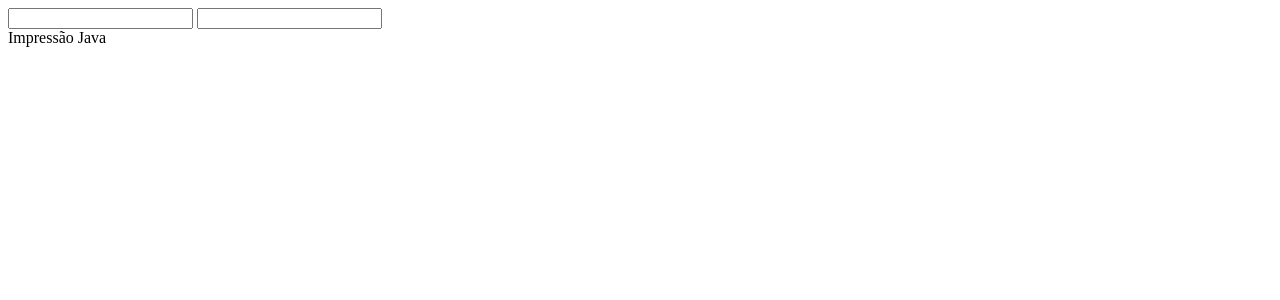
Repository: DaniloSanna/JavaEE
Page: http://localhost/Basic_HTML/
The author's editor kept a copy of each file at every save. The page is drawn from the files as they stood at one save, then again after the next save.
The browser window is 1280 px wide. The pictures show the whole page.
The page is served by Tomcat 10. Other server files are loaded and not shown.

Above is the page before, as saved 2021-12-06 14:42:17.

### Basic_HTML/src/main/webapp/index.jsp
<%@ page language="java" contentType="text/html; charset=ISO-8859-1"
	pageEncoding="ISO-8859-1"%>
<!DOCTYPE html>
<html>
<head>
<meta charset="ISO-8859-1">
<title>Basic Java HTML</title>
</head>
<body>
	<form action="receber-nome.jsp";>
		<input name="nome">
		<input idade="idade">
	</form>
	<%
	out.print("Impressão Java");
	%>
</body>
</html>

After the next save:
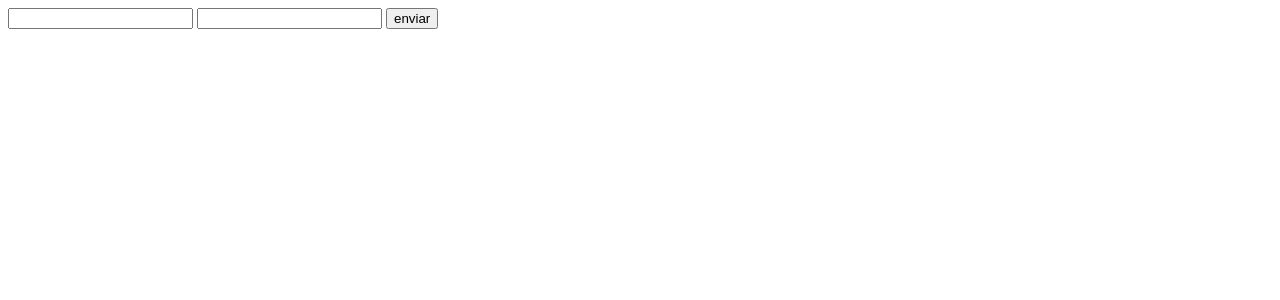
Saved 3 min 42 s later.
--- a/Basic_HTML/src/main/webapp/index.jsp
+++ b/Basic_HTML/src/main/webapp/index.jsp
@@ -10,9 +10,7 @@
 	<form action="receber-nome.jsp";>
 		<input name="nome">
 		<input idade="idade">
+		<input type="submit" value="enviar">
 	</form>
-	<%
-	out.print("Impressão Java");
-	%>
 </body>
 </html>
